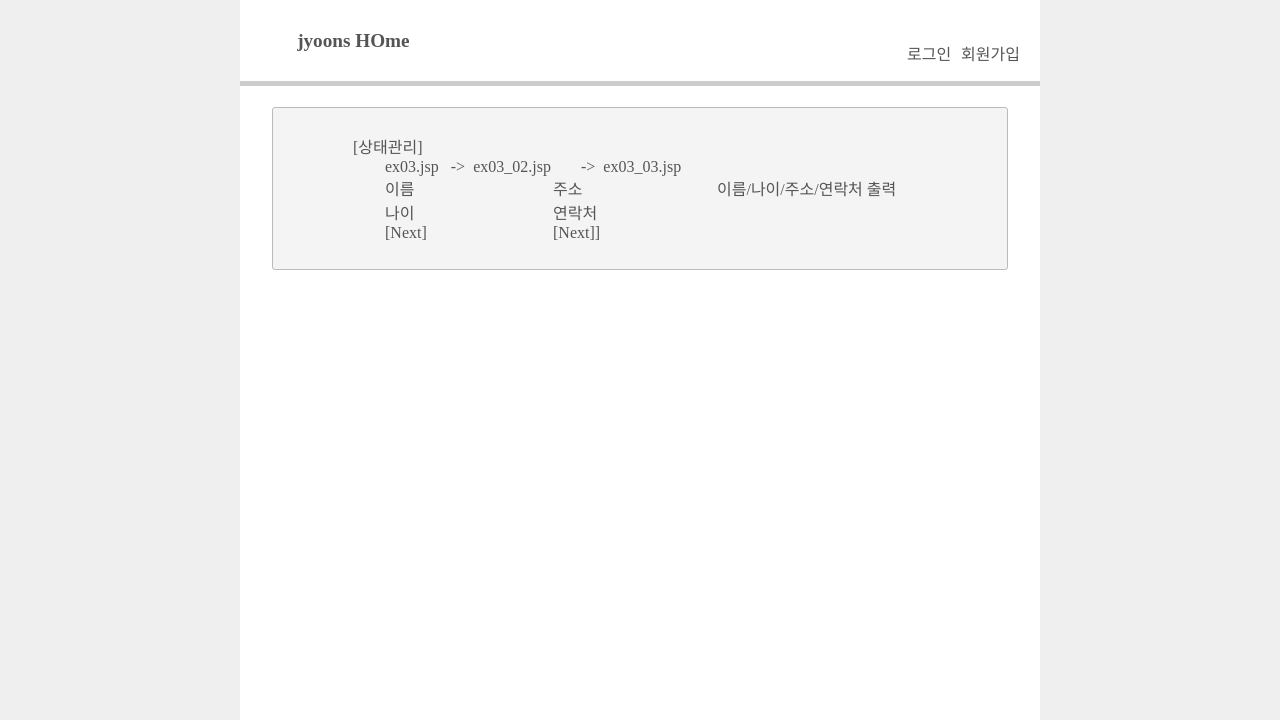
Repository: jyoons00/JSP-sample
Page: http://localhost/jspPro/days04/ex03.jsp
These files come from the project's save history. The page is drawn as it stood at one moment and after the next save; the edit follows.
The browser window is 1280 px wide. The pictures show the whole page.
Some web fonts or font styles are not loaded; a fallback is used. The page is served by Tomcat 9.

Above is the page before, as saved 2024-10-18 05:49:02.

After the next save:
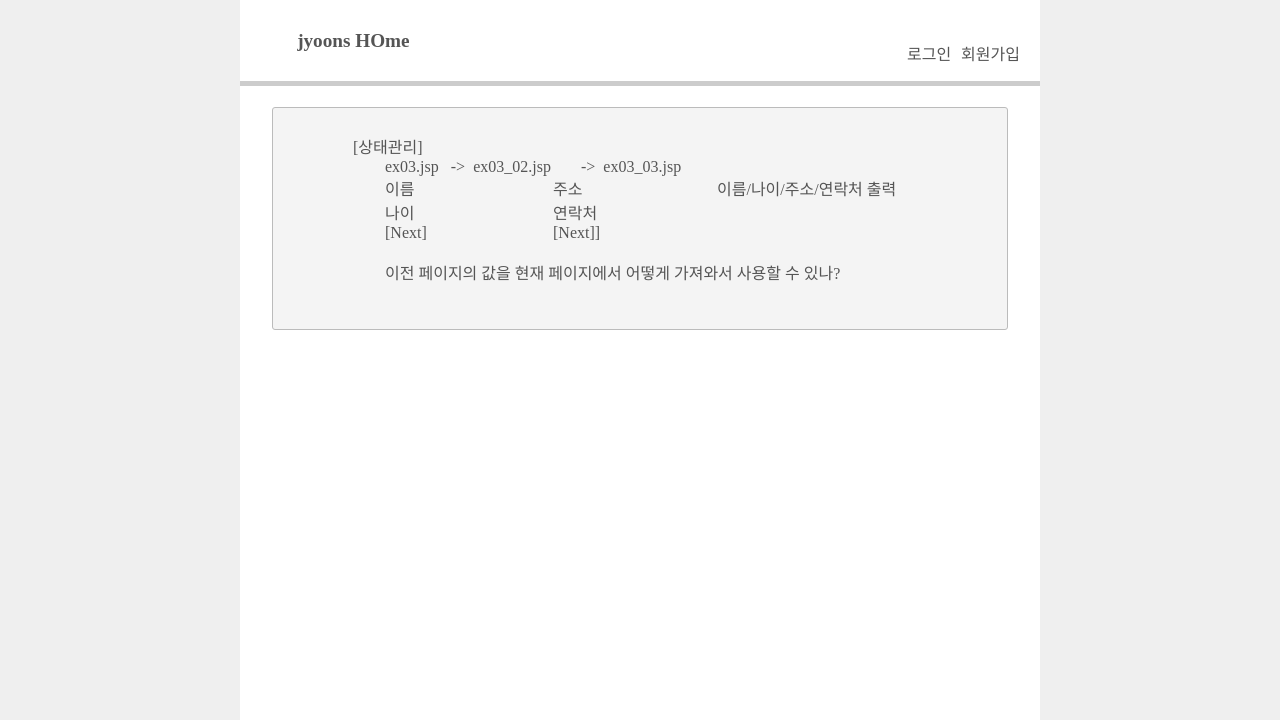
Saved 20 s later.
--- a/jspPro/src/main/webapp/days04/ex03.jsp
+++ b/jspPro/src/main/webapp/days04/ex03.jsp
@@ -40,6 +40,9 @@
    			이름					  주소				   이름/나이/주소/연락처 출력
    			나이					  연락처
    			[Next]				  [Next]]
+
+   			이전 페이지의 값을 현재 페이지에서 어떻게 가져와서 사용할 수 있나?
+
   	  </xmp>
     </div>
 
